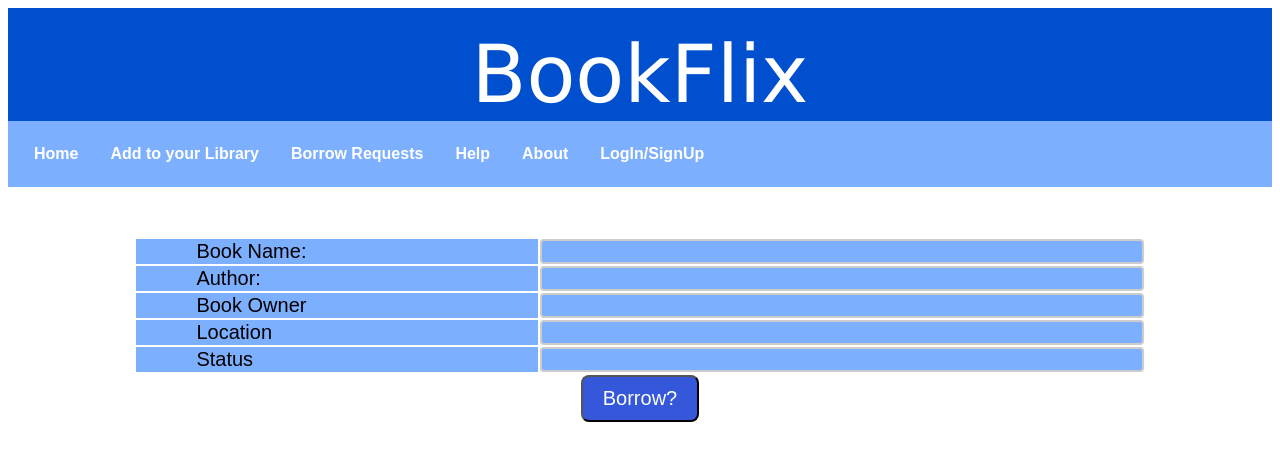
Repository: dan-10/Deloitte
Page: http://localhost/BookFlix/WEB-INF/views/status.jsp
These files come from the project's save history. The page is drawn as it stood at one moment and after the next save; the edit follows.
The browser window is 1280 px wide. The pictures show the whole page.
The page is served by Tomcat 9. Nobody is signed in. Other server files are loaded and not shown. The template is opened directly, without the code that normally fills it, so the values that code supplies are empty.

Above is the page before, as saved 2019-08-09 04:52:28.

### DeloitteTrainig/Final Project BookFlix/BookFlix/src/main/webapp/WEB-INF/views/status.jsp

<%@ page language="java" contentType="text/html; charset=ISO-8859-1"
    pageEncoding="ISO-8859-1"%>
<%@ taglib uri="http://www.springframework.org/tags/form" prefix="f" %>
<%@ taglib uri="http://java.sun.com/jsp/jstl/core" prefix="c" %>

<!DOCTYPE html>
<html>
	<head>
		<meta charset="ISO-8859-1">
		<title>BookFlix</title>
		<style type="text/css"><%@include file="/WEB-INF/views/styles/homeStyles.css" %></style>
		<style>

	.AddBookForm {
	grid-area: AddBookForm;
	font-family: Arial;
	font-size: 20px;
	font-weight: lighter;
	padding-top: 50px;
	text-align: center;
	}

	.butn {
  -webkit-border-radius: 8;
  -moz-border-radius: 8;
  border-radius: 8px;
  font-family: Arial;
  color: #ffffff;
  font-size: 20px;
  background: #3458d9;
  padding: 10px 20px 10px 20px;
  text-decoration: none;
}

.butn:hover {
  background: #6672de;
  text-decoration: none;
}

.td1{
	background-color: #7dafff;
	width: 20%;
	padding-left: 60px;
}

.td {
  color: white;
  width: 30%;
  box-sizing: border-box;
  border: 2px solid #ccc;
  border-radius: 4px;
  font-size: 16px;
  background-color: #7dafff;
  padding-bottom: 10px;
  padding-top:10px;
  padding-left:12px;

}
		</style>
	</head>

	<body>
		<div class="grid-container">
		  <div class="Header">
		  	<div class="heading">
		  		<center>BookFlix</center>
		  	</div>
		  </div>
		  <div class="Navigation">
			<div class="navbar">
				<a href="/home">Home</a>
				<a href="/addBook">Add to your Library</a>
				<a href="/borrow">Borrow Requests</a>
				<a href="/help">Help</a>
				<a href="/about">About</a>
				<a href="/validate">LogIn/SignUp</a>
				<c:if test="${!empty userName}">
					<div class="dropdown">
						<button class="dropbtn">${userName}
							<i class="fa fa-caret-down"></i>
						</button>
						<div class="dropdown-content">
							<a href="/myBooks">My Library</a>
							<a href="/logout">LogOut</a>
						</div>
					</div>
				</c:if>
			</div>
		  </div>
		  </div>

		 <!-- Book and user details area  -->
		 <div class="AddBookForm">
				<center>

					<f:form>
						<table width="80%">
							<tr>
								<td class = "td1">Book Name:</td>
								<td class = "td">${bookname}</td>
							</tr>

							<tr>
								<td class = "td1">Author:</td>
								<td class = "td">${author}</td>
							</tr>
							<tr>
								<td class = "td1">Book Owner</td>
								<td class = "td">${owner}</td>
							</tr>
							<tr>
								<td class = "td1">Location</td>
								<td class = "td">${location}</td>
							</tr>
							<tr>
								<td class = "td1">Status</td>
								<td class = "td">${status}</td>
							</tr>
							<tr>
								<td colspan="2" align="center"><button type ="submit" value = "Add Book" class="butn">Borrow?</button></td>
							</tr>
						</table>
					</f:form>
				</center>
			</div>
	</body>
</html>

### DeloitteTrainig/Final Project BookFlix/BookFlix/src/main/webapp/WEB-INF/views/styles/homeStyles.css
.grid-container {
	grid-template-rows: repeat(auto-fill, minmax(100px, 1fr));
	display: grid;
	grid-template-columns: 1fr 1fr 1fr 1fr 1fr 1fr 1fr 1fr 1fr 1fr 1fr 1fr;
	grid-template-areas: "Header Header Header Header Header Header Header Header Header Header Header Header" "Header Header Header Header Header Header Header Header Header Header Header Header" "Navigation Navigation Navigation Navigation Navigation Navigation Navigation Navigation Navigation Navigation Navigation Navigation" ". SearchPanel SearchPanel SearchPanel SearchPanel SearchPanel SearchPanel SearchPanel SearchPanel SearchPanel SearchPanel ." ". SearchResults SearchResults SearchResults SearchResults SearchResults SearchResults SearchResults SearchResults SearchResults SearchResults ." ". SearchResults SearchResults SearchResults SearchResults SearchResults SearchResults SearchResults SearchResults SearchResults SearchResults ." ". SearchResults SearchResults SearchResults SearchResults SearchResults SearchResults SearchResults SearchResults SearchResults SearchResults ." ". SearchResults SearchResults SearchResults SearchResults SearchResults SearchResults SearchResults SearchResults SearchResults SearchResults ." ". . . . . . . . . . . ." ". . . . . . . . . . . ." ". . . . . . . . . . . .";
}

.Header {
	grid-area: Header;
	background-color: #004fcf;
	font-family: Arial;
	color: #ffffff;
}

.Navigation {
	grid-area: Navigation;
	background-color: #7dafff;
	font-family: Arial;
	color: #ffffff;
	font-size: large;
	padding-top: 10px;
	padding-left: 10px;
	padding-right: 10px;
	padding-bottom: 10px;
}

.SearchPanel {
	grid-area: SearchPanel;
	font-family: Arial;
	font-size: 20px;
	padding-top: 20px;
}

.SearchResults {
	grid-area: SearchResults;
	font-family: Arial;
	font-size: 18px;
	font-weight: lighter;
}

.butn {
  -webkit-border-radius: 8;
  -moz-border-radius: 8;
  border-radius: 8px;
  font-family: Arial;
  color: #ffffff;
  font-size: 20px;
  background: #3458d9;
  padding: 10px 20px 10px 20px;
  text-decoration: none;
}

.butn:hover {
  background: #6672de;
  text-decoration: none;
}

input[type=text] {
  width: 50%;
  box-sizing: border-box;
  border: 2px solid #ccc;
  border-radius: 4px;
  font-size: 16px;
  background-color: white;
  padding: 12px 20px 12px 40px;
}

input[type=text]:focus {
  width: 100%;
  box-sizing: border-box;
  border: 2px solid #ccc;
  border-radius: 4px;
  font-size: 16px;
  background-color: white;
  padding: 12px 20px 12px 40px;
}

.heading{
	font-family: Verdana;
	font-size: 80px;
	font-weight: lighter;
	padding-top: 20px;
}

.b1{
	font-family: Verdana;
	font-size: 40px;
	font-weight: lighter;
	padding-top: 50px;
}

.b2{
	font-family: Verdana;
	font-size: 10px;
	font-weight: lighter;
	padding-top: 20px;
}

body {
  font-family: Arial, Helvetica, sans-serif;
}

.navbar {
  overflow: hidden;
  background-color: #7dafff;
  font-weight: bold;
}

.navbar a {
  float: left;
  font-size: 16px;
  color: white;
  text-align: center;
  padding: 14px 16px;
  text-decoration: none;

}

.dropdown {
  float: left;
  overflow: hidden;
}

.dropdown .dropbtn {
  font-size: 16px;
  border: none;
  outline: none;
  color: white;
  padding: 14px 16px;
  background-color: inherit;
  font-family: inherit;
  margin: 0;
}

.navbar a:hover, .dropdown:hover .dropbtn {
  background-color: #3458d9;
}

.dropdown-content {
  display: none;
  position: absolute;
  background-color: #f9f9f9;
  min-width: 160px;
  box-shadow: 0px 8px 16px 0px rgba(0,0,0,0.2);
  z-index: 1;
}

.dropdown-content a {
  float: none;
  color: black;
  padding: 12px 16px;
  text-decoration: none;
  display: block;
  text-align: left;
}

.dropdown-content a:hover {
  background-color: #ddd;
}

.dropdown:hover .dropdown-content {
  display: block;
}

After the next save:
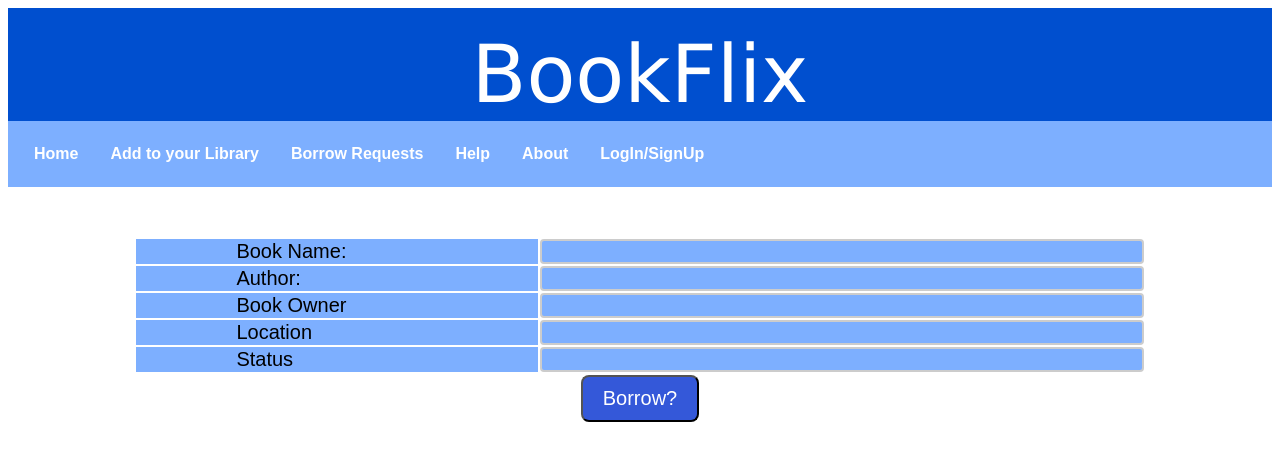
Saved 9 s later.
--- a/DeloitteTrainig/Final Project BookFlix/BookFlix/src/main/webapp/WEB-INF/views/status.jsp
+++ b/DeloitteTrainig/Final Project BookFlix/BookFlix/src/main/webapp/WEB-INF/views/status.jsp
@@ -41,7 +41,7 @@
 .td1{
 	background-color: #7dafff;
 	width: 20%;
-	padding-left: 60px;
+	padding-left: 100px;
 }
 
 .td {
